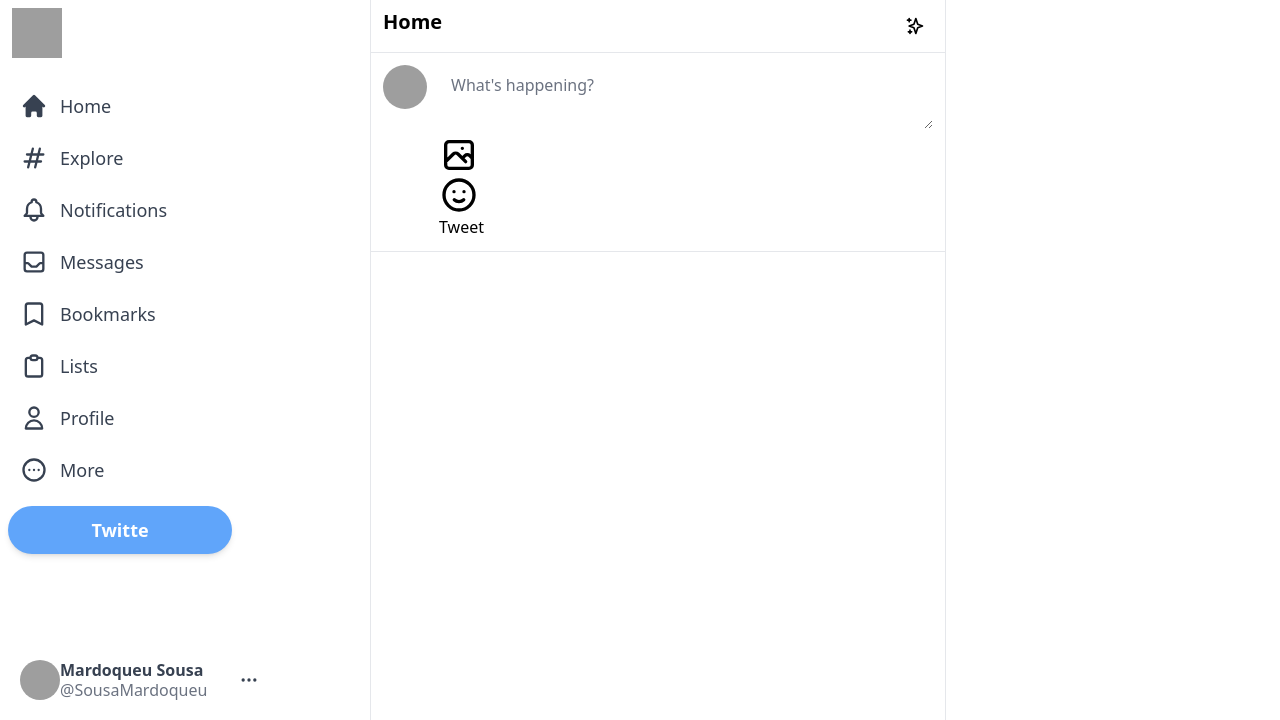
Repository: Mardoqueu/twitter
Page: /
These files come from the project's save history. The page is drawn as it stood at one moment and after the next save; the edit follows.
The browser window is 1280 px wide. The pictures show the whole page.
Pictures or frames that could not be fetched are drawn as grey boxes. The project was rebuilt for these pictures with package versions that can differ from the ones it lists, and the page was loaded fresh each time. The framework's server and built-in components were replaced by stand-ins that run in the browser. Also part of the build but not shown: next.config.js.

Above is the page before, as saved 2022-09-02 08:11:08.

### pages/index.js
import Head from "next/head";
import Sidebar from '../components/Sidebar';
import Feed from '../components/Feed';


export default function Home() {
  return (
    <div >
      <Head>
        <title>Twitter Clone</title>
        <meta name="description" content="Generated by create next app" />
        <link rel="icon" href="/favicon.ico" />
      </Head>

    <main className='flex min-h-screen max-w-7xl mx-auto '>
      {/* Sidebar */}
      <Sidebar />

      {/* Feed */}
      <Feed/>
      {/* Widgets */}

      {/* Modal */}

    </main>


    </div>
  )
}

### styles/globals.css
@tailwind base;
@tailwind components;
@tailwind utilities;

@layer components{
    .hoverEffect {
        @apply cursor-pointer hover:bg-gray-200 rounded-full w-[52px] xl:w-auto h-[52px] xl:h-auto xl:p-3
    }
}

### components/Sidebar.js
import Image from "next/image"
import SidebarMenuItem from "./SidebarMenuItem"
import { HomeIcon } from '@heroicons/react/solid'
import { BellIcon, BookmarkIcon, ClipboardIcon, DotsCircleHorizontalIcon, DotsHorizontalIcon, HashtagIcon, InboxIcon, UserIcon } from '@heroicons/react/outline'

export default function Sidebar() {
  return (
    <div className="hidden sm:flex flex-col p-2 xl:items-start fixed h-full">
        {/* Twitter logo */}
        <div className="hoverEffect p-0 hover:bg-blue-100 xl:px-1">
            <Image
            width="50"
            height="50"
            src="https://help.twitter.com/content/dam/help-twitter/brand/logo.png"></Image>
        </div>

        {/* Menu */}

        <div className="mt-4 mb-2.5 xl:items-start">
        <SidebarMenuItem text="Home" Icon={HomeIcon} active/>
        <SidebarMenuItem text="Explore" Icon={HashtagIcon} />
        <SidebarMenuItem text="Notifications" Icon={BellIcon} />
        <SidebarMenuItem text="Messages" Icon={InboxIcon} />
        <SidebarMenuItem text="Bookmarks" Icon={BookmarkIcon} />
        <SidebarMenuItem text="Lists" Icon={ClipboardIcon} />
        <SidebarMenuItem text="Profile" Icon={UserIcon} />
        <SidebarMenuItem text="More" Icon={DotsCircleHorizontalIcon} />
      </div>

        {/* Button */}

        <button className="bg-blue-400 text-white rounded-full w-56 h-12 font-bold shadow-md hover:brightness-95 text-lg hidden xl:inline">Twitte</button>

        {/* Mini-profile */}
        <div className="hoverEffect text-gray-700 flex items-center justify-center xl:justify-start mt-auto">
            <img
            src="https://media-exp1.licdn.com/dms/image/C4E03AQF1Icbg9ibKSQ/profile-displayphoto-shrink_800_800/0/1656524327808?e=1667433600&v=beta&t=zLj1VuO7UnlyGXgtGnCIGGm6Xel0rldXOa9ES50GV3c"
            alt="user-img"
            className="h-10 w-10 rounded-full"/>
            <div className="leading-5 hidden xl:inline">
                <h4 className="font-bold">Mardoqueu Sousa</h4>
                <p className="text-gray-500">@SousaMardoqueu</p>
            </div>
            <DotsHorizontalIcon className="h-5 xl:ml-8"/>
        </div>
    </div>
  )
}

### components/Feed.js
import { SparklesIcon } from '@heroicons/react/outline'
import Input from '../components/Input';


export default function Feed() {
  return (
    <div className="xl:ml-[370px] border-l border-r border-gray-200 border-gray-200  xl:min-w-[576px] sm:ml-[73px] flex-grow max-w-xl">
       {/* div is covering the header section taht has an edge to tag  */}
        <div className='flex py-2 px-3 sticky top-0 z-50 bg-white border-b border-gray-200'>
              <h2 className="text-lg sm:text-xl font-bold cursor-pointer">Home</h2>
              <div className='hoverEffect flex items-center justify-center px-0 ml-auto w-9 h-9'>
                    <SparklesIcon className='h-5'/>
              </div>
        </div>
        <Input/>
    </div>
  )
}

### components/SidebarMenuItem.js
import React from 'react'

export default function SidebarMenuItem({text, Icon}) {
  return (
    <div className="hoverEffect flex items-center text-gray-700 justify-center xl:justify-start text-lg space-x-3">
      <Icon className="h-7" />
      <span className={'${active && "font-bold"} hidden xl:inline'}>{text}</span>

    </div>
  )
}

### components/Input.js
import { EmojiHappyIcon, PhotographIcon } from "@heroicons/react/outline";

export default function Input() {
  return (
    <div className="flex border-b border-gray-200 p-3 space-x-3">
        <img src="https://media-exp1.licdn.com/dms/image/C4E03AQF1Icbg9ibKSQ/profile-displayphoto-shrink_800_800/0/1656524327808?e=1667433600&v=beta&t=zLj1VuO7UnlyGXgtGnCIGGm6Xel0rldXOa9ES50GV3c"
        alt="user-img"
        className="h-11 w-11 rounded-full cursor-pointer hover:brightness-95"/>
        <div className="w-full">
            <div className="">
                <textarea className="w-full border-none focus:ring-0 "  rows="2" placeholder="What's happening?"></textarea>
            </div>
            <div className="">
                <PhotographIcon className="h-10 w-10"/>
                <EmojiHappyIcon className="h-10 w-10"/>
            </div>
            <button>Tweet</button>
        </div>
    </div>
  )
}

### tailwind.config.js
/** @type {import('tailwindcss').Config} */
module.exports = {
  content: [
    "./pages/**/*.{js,ts,jsx,tsx}",
    "./components/**/*.{js,ts,jsx,tsx}",
  ],
  theme: {
    extend: {},
  },
  plugins: [require('@tailwindcss/forms')],
}

Loaded but not shown: pages/_app.js (common file)

After the next save:
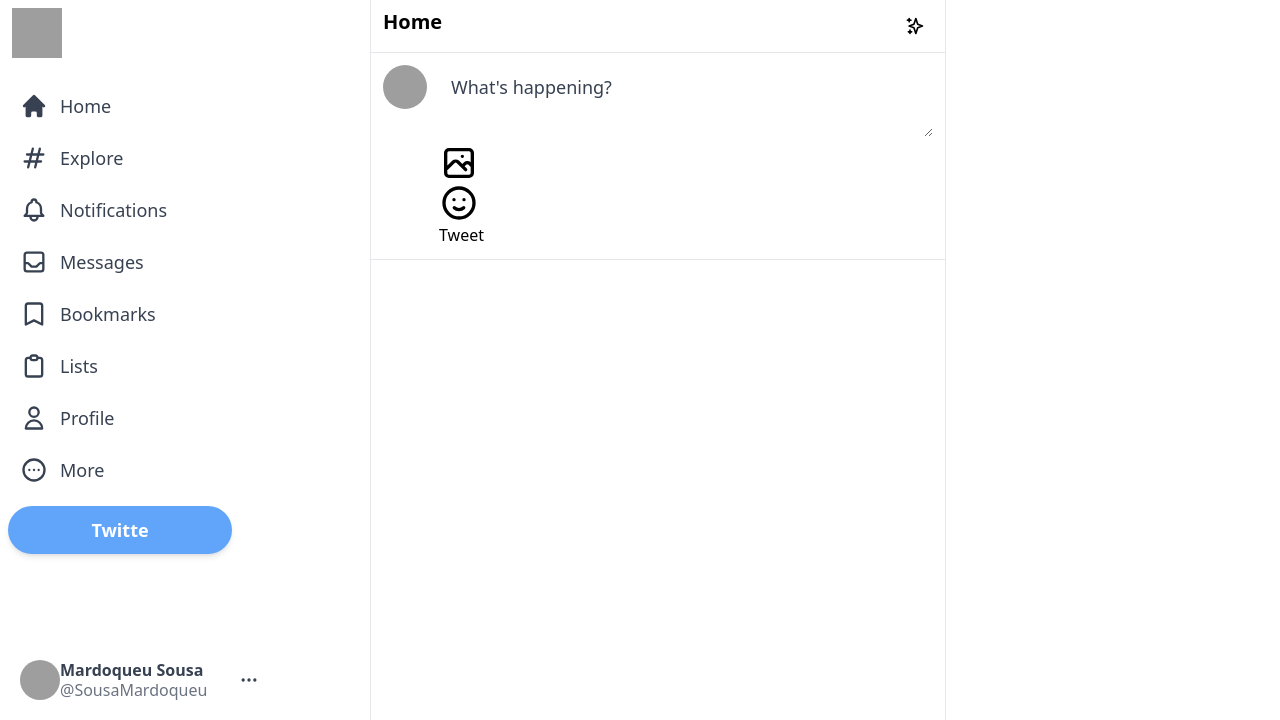
Saved 21 s later.
--- a/components/Input.js
+++ b/components/Input.js
@@ -8,7 +8,7 @@
         className="h-11 w-11 rounded-full cursor-pointer hover:brightness-95"/>
         <div className="w-full">
             <div className="">
-                <textarea className="w-full border-none focus:ring-0 "  rows="2" placeholder="What's happening?"></textarea>
+                <textarea className="w-full border-none focus:ring-0 text-lg placeholder-gray-700"  rows="2" placeholder="What's happening?"></textarea>
             </div>
             <div className="">
                 <PhotographIcon className="h-10 w-10"/>
